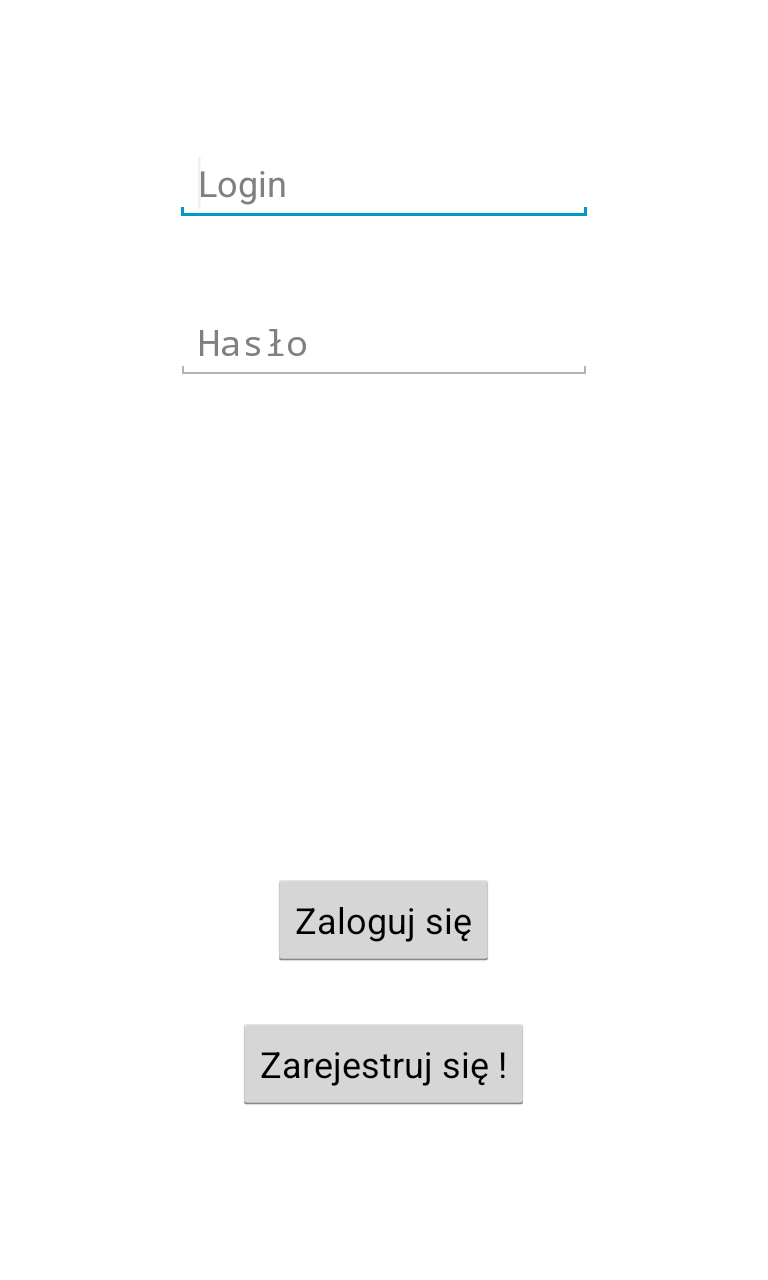
Repository: Radioaktywny/MaciekJava
Layout: ZnajdzTo/res/layout/activity_main.xml
These files come from the project's save history. The layout is drawn as it stood at one moment and after the next save; the edit follows.
It is drawn on a 768 x 1280 px phone screen (xhdpi) without system bars, with theme android:Theme.Holo.Light.DarkActionBar; the app's code is not run.

Above is the layout before, as saved 2015-10-16 12:51:53.

After the next save:
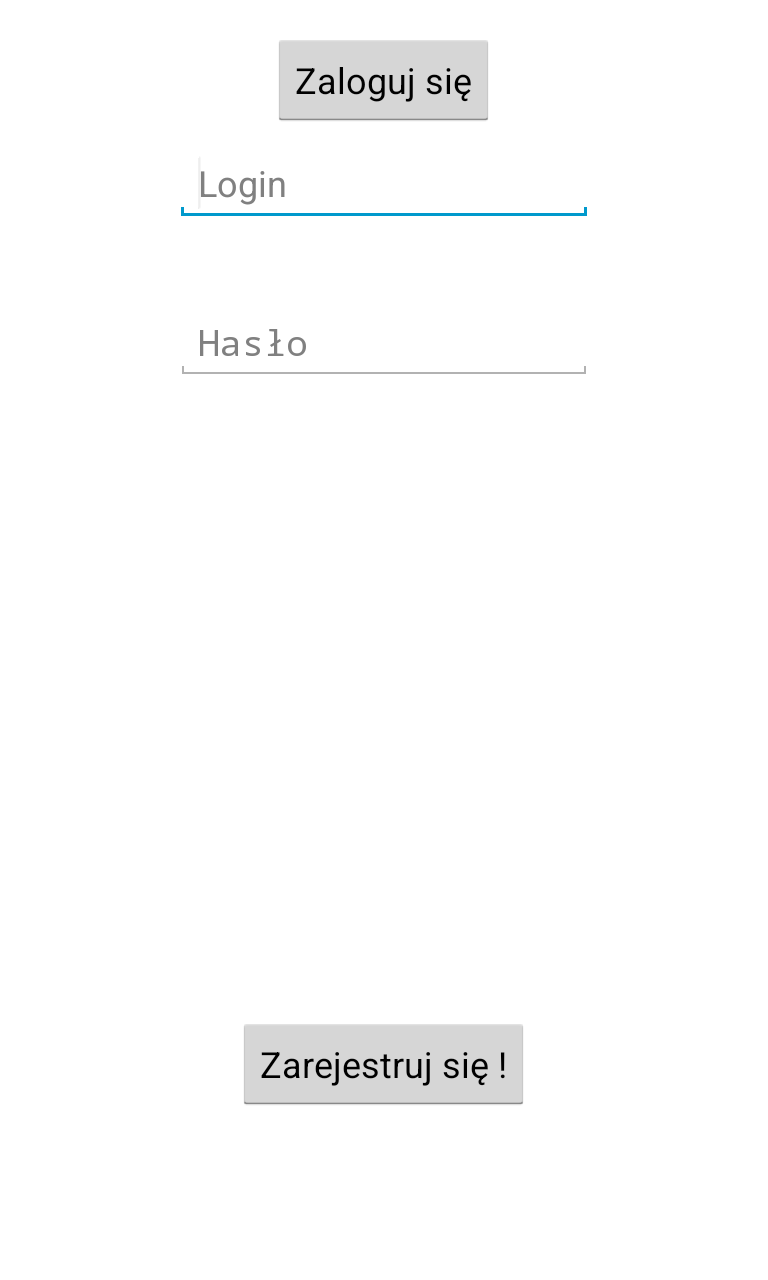
Saved 5 min 51 s later.
--- a/ZnajdzTo/res/layout/activity_main.xml
+++ b/ZnajdzTo/res/layout/activity_main.xml
@@ -9,7 +9,7 @@
     tools:context="com.example.znajdzto.MainActivity" >
 
     <Button
-        android:id="@+id/button2"
+        android:id="@+id/button_zaloguj"
         android:layout_width="wrap_content"
         android:layout_height="wrap_content"
         android:layout_alignParentBottom="true"
@@ -18,7 +18,7 @@
         android:text="@string/rejestracja" />
 
     <Button
-        android:id="@+id/button1"
+        android:id="@+id/button_zarejestruj"
         android:layout_width="wrap_content"
         android:layout_height="wrap_content"
         android:layout_above="@+id/button2"
@@ -28,7 +28,7 @@
         android:text="@string/zaloguj" />
 
     <EditText
-        android:id="@+id/editText1"
+        android:id="@+id/text_login"
         android:layout_width="wrap_content"
         android:layout_height="wrap_content"
         android:layout_alignParentTop="true"
@@ -41,11 +41,11 @@
     </EditText>
 
     <EditText
-        android:id="@+id/editText2"
+        android:id="@+id/text_haslo"
         android:layout_width="wrap_content"
         android:layout_height="wrap_content"
-        android:layout_alignLeft="@+id/editText1"
-        android:layout_below="@+id/editText1"
+        android:layout_alignLeft="@+id/text_login"
+        android:layout_below="@+id/text_login"
         android:layout_marginTop="40dp"
         android:ems="10"
         android:hint="@string/haslo"

After the save that followed:
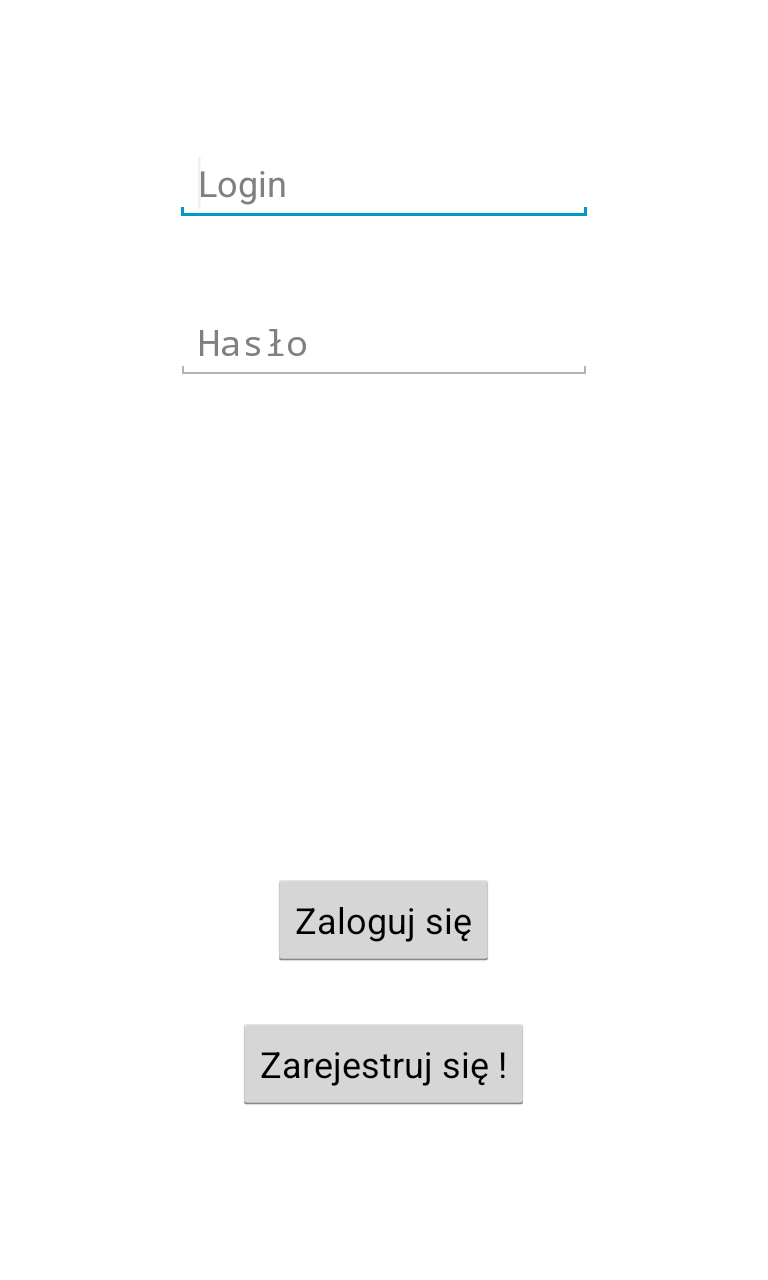
Saved 49 s later.
--- a/ZnajdzTo/res/layout/activity_main.xml
+++ b/ZnajdzTo/res/layout/activity_main.xml
@@ -9,7 +9,7 @@
     tools:context="com.example.znajdzto.MainActivity" >
 
     <Button
-        android:id="@+id/button_zaloguj"
+        android:id="@+id/button_rejestracja"
         android:layout_width="wrap_content"
         android:layout_height="wrap_content"
         android:layout_alignParentBottom="true"
@@ -18,10 +18,10 @@
         android:text="@string/rejestracja" />
 
     <Button
-        android:id="@+id/button_zarejestruj"
+        android:id="@+id/button_zaloguj"
         android:layout_width="wrap_content"
         android:layout_height="wrap_content"
-        android:layout_above="@+id/button2"
+        android:layout_above="@+id/button_rejestracja"
         android:layout_centerHorizontal="true"
         android:layout_marginBottom="24dp"
         android:onClick="LadujDrugaAktywnosc"
